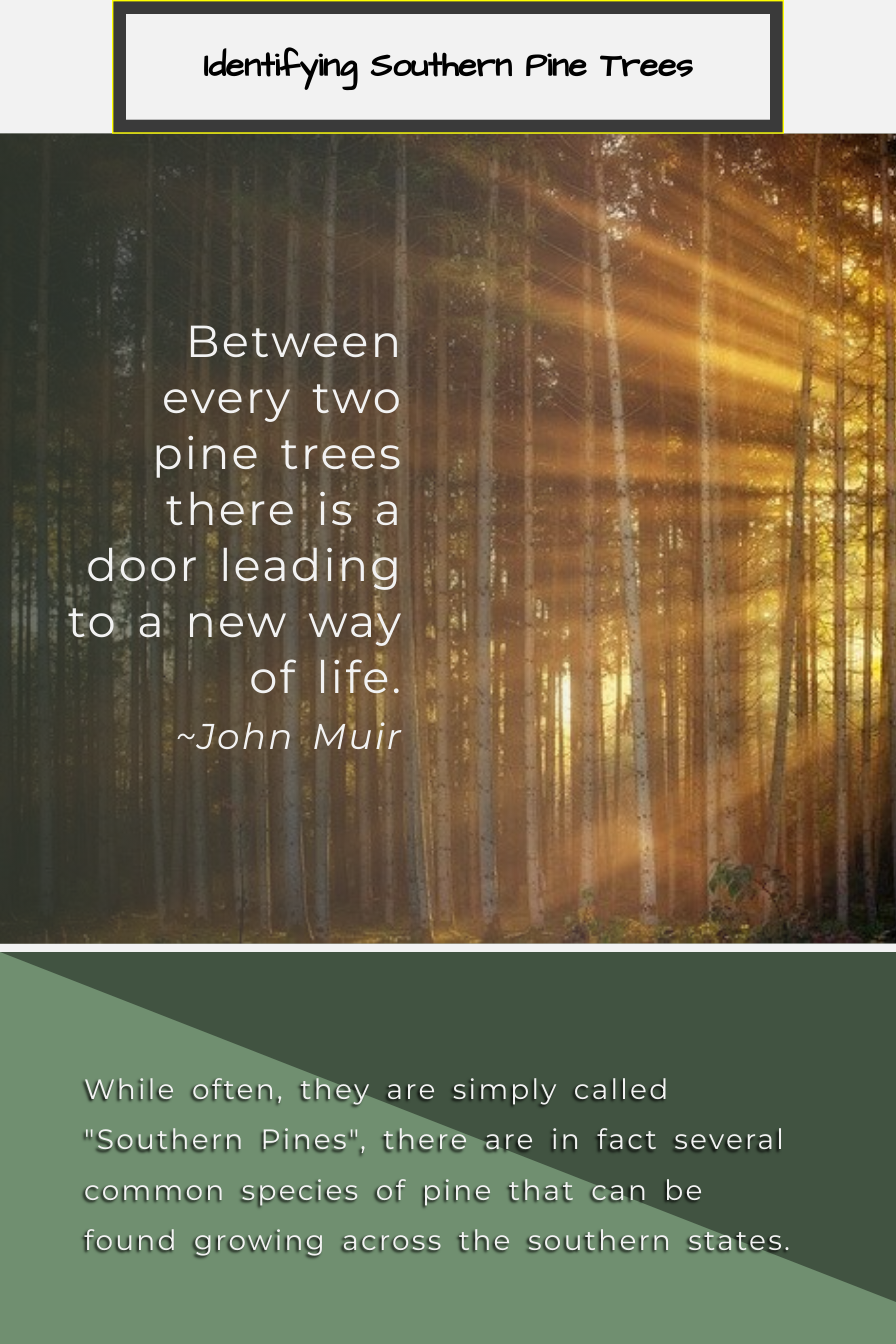
Repository: Sbethm/louisianaPineTrees
Page: pine_main.html
The author's editor kept a copy of each file at every save. The page is drawn from the files as they stood at one save, then again after the next save.
The browser window is 1280 px wide. The pictures show the part of the page from y = 0 to 1920 px (the page is 3023 px tall before and 2983 px after), at 70% of full size.
The style sheet was rebuilt from its Sass, Less or Tailwind sources for each picture, by a compiler version that may differ from the author's.

Above is the page before, as saved 2021-09-24 10:57:59.

### pine_main.html
<!DOCTYPE html>
<html lang="en">
<head>
    <meta charset="UTF-8">
    <meta http-equiv="X-UA-Compatible" content="IE=edge">
    <meta name="viewport" content="width=device-width, initial-scale=1.0">
    <link rel="preconnect" href="https://fonts.googleapis.com">
    <link rel="preconnect" href="https://fonts.gstatic.com" crossorigin>
    <link href="https://fonts.googleapis.com/css2?family=Architects+Daughter&family=Montserrat:ital,wght@0,400;0,500;0,700;1,400;1,500;1,700&display=swap" rel="stylesheet">
    <!--
        headerFont: 'Architects Daughter', cursive;
        mainFont: 'Montserrat', sans-serif;
    -->
    <link rel="stylesheet" href="./CSS/main.css">
    <title>Louisiana Pine Trees</title>
</head>
<body>
    <header>
        <!-- <a href="#" class="logo">
            SarahMoosa
        </a> -->
        <h1>Identifying Southern Pine Trees</h1>
    </header>
    <main>
        <div class="hero-container container">
            <div class="hero__background-grad">
                <p class="hero__quote">Between every two pine trees there is a door leading to a new way of life. <br><cite>John Muir</cite></p>
            </div>
        </div>
        <div class="container triangle-bg">
            <div class="triangle-left"></div>
            <div class="triangle-right"></div>
            <p class="call-to-action">While often, they are simply called "Southern Pines", there are in fact several common species of pine that can be found growing across the southern states.
            </p>
        </div>
        <div class="questions-container container">
        </div>
        <div class="results-btn btn">
                <button>Next</button>
        </div>
        <div class="results"></div>

    </main>
    <script src="apps.js"></script>
</body>

### apps.js
const questionsArr = [
    {
        quest: "How many needles are in the bundle?",
        an: {
            a: "1",
            b: "2"
        }
    },
    {
        quest: "Blahasf?",
        an: {
            a: "trw",
            b: "fdb"
        }
    },
    {
        quest: "How many needles are in the bundle?",
        an: {
            a: "1",
            b: "2"
        }
    },
    {
        quest: "How many needles are in the bundle?",
        an: {
            a: "1",
            b: "2"
        }
    },
    {
        quest: "How many needles are in the bundle?",
        an: {
            a: "1",
            b: "2"
        }
    }
];

const questCont = document.querySelector('.questions-container');
const quest = document.querySelector('.question');
const options = document.querySelector('.options');
const nextBtn = document.querySelector('button');

let num = 0;

window.addEventListener('load', () => {

    let questVis = questionsArr[num];
    questCont.innerHTML =
                `<section class="question-wrapper">
                    <div class="question">
                        <p class="question__text">${questVis.quest}</p>
                    </div>
                    <div class="options">
                        <div class="answer"><p>${questVis.an.a}</p></div>
                        <div class="answer"><p>${questVis.an.b}</p></div>
                    </div>
                </section>
                `;

})

nextBtn.addEventListener('click', () => {
    num++;

    let questVis = questionsArr[num];
    questCont.innerHTML =
                `<section class="question-wrapper">
                    <div class="question">
                        <p class="question__text">${questVis.quest}</p>
                    </div>
                    <div class="options">
                        <div class="answer"><p>${questVis.an.a}</p></div>
                        <div class="answer"><p>${questVis.an.b}</p></div>
                    </div>
                </section>
                `;

})

### src/scss/main.scss
@import "./variables", "./mixins", "./normalize";


// ============ GLOBAL STYLES ============
*, *::before, *::after {
    box-sizing: border-box;
}

body {
    margin: 0;
    background-color: $mainColorLi;
}

header {

}

h1{
    position: relative;
    margin: 0 auto;
    padding: 1em;
    width: 75%;
    font-family: $headerFont;
    font-size: 3rem;
    text-align: center;
    background-color: $mainColorLi;
    border: 20px solid #3a3a3a;

    &::after {
        content: "";
        position: absolute;
        width: calc(100% + 40px);
        height: calc(100% + 40px);
        border: 10px solid #3a3a3a;
        top: -20px;
        left: -20px;
    }

    &::after {
        content: "";
        position: absolute;
        width: calc(100% + 40px);
        height: calc(100% + 40px);
        border:2px solid yellow;
        top: -20px;
        left: -20px;
    }
}

p {
    margin: 0;
    padding: 4em 3em;
    font-family: $mainFont;
    font-size: 2.5rem;
    letter-spacing: 0.2rem;
    word-spacing: 0.5rem;
    line-height: 4.5rem;
    color: $mainColorLi;
}

.container {
    background-color: $mainColorDr;
}

// ============ HERO STYLES ============
.hero-container {
    background-image: url(../img/forest-pine.jpg);
    background-repeat: no-repeat;
    background-size: cover;
    border-bottom: 12px solid $mainColorLi;
}

.hero__background-grad {
    background: linear-gradient(90deg, rgba(57,64,53,0.7721463585434174) 0%, rgba(242,242,242,0.19791666666666663) 66%, rgba(242,242,242,0) 100%);
}

.hero__quote {
    padding: 4em 1em;
    width: 50%;
    text-align: right;
    font-size: 4rem;
    line-height: 5rem;
    letter-spacing: 0.2rem;
    word-spacing: 0.5rem;

    & cite {
        font-size: 0.8em;

        &::before {
            content: "~";
        }
    }
}


// ============ CALL-TO-ACTION STYLES ============
.call-to-action {
    border-bottom: 12px solid $mainColorLi;
}

.triangle-bg {
    display: grid;
    grid-template-columns: 100vw;
    grid-template-rows: 100%;
    align-content: center;

    & p {
        grid-row: 1 / 1;
        grid-column: 1 / 1;
        text-shadow: -3px 3px 4px #020202;
    }

    & .triangle-left{
        grid-row: 1 / 1;
        grid-column: 1 / 1;
        border-style: solid;
        border-width: 500px 0 0 100vw;
        border-color: transparent transparent transparent $acColorLi;
    }
}

.questions-container{
    padding: 3em;
    background-color: $mainColorDr;

}

.question-wrapper {
    background-color: $mainColorLi;
    box-shadow: -7px 9px 10px 0px #272626;

    & .question__text {
        padding-bottom: 0;
        font-weight: 700;
        text-align: center;
        color: $acColorLi;
    }
}

.options {
    display: flex;
    flex-direction: row;
    justify-content: center;
}

.answer {
    margin: 6em;
    padding: 0;
    width: fit-content;
    min-width: 150px;
    border-radius: 100px;
    box-shadow: -5px 5px 10px 0px #696767;
    @include transition(all .3s ease);

    & p {
        padding: 1em 2em;
        text-align: center;
        font-weight: 600;
        color: $acColorLi;
    }

    &:hover, :focus {
        background-color: #f8cb6b;
        box-shadow: -5px 5px 10px 0px #696767;
    }
}

.results-btn {
    display: flex;
    justify-content: center;
    background-color: $mainColorDr;
}

button {
    margin: 1em 0 2em 0;
    padding: 1em 3em;
    font-family: $mainFont;
    font-size: 3rem;
    letter-spacing: 0.2rem;
    font-weight: 700;
    color: $acColorLi;
    border-radius: 100px;
    box-shadow: -7px 9px 10px 0px #272626;
}




//This code was used to cause grid items to over lap. It worked very well, but I think it is unnecessary and bulkier code than I need for the result that I want.
// .intro-container {
//     display: grid;
//     grid-template-columns: 50% 50%;
//     grid-auto-rows: 100%;

//     & img {
//         grid-column: 1/3;
//         grid-row: 1;
//         display: inline;
//         max-width: 100%;
//         z-index: 1;
//     }

//     & .quote {
//         grid-column: 2/3;
//         grid-row: 1;
//         align-self: center;
//         z-index: 9;
//     }
// }

### src/scss/_variables.scss
//COLORS
$mainColorDr: hsl(120, 12%, 29%);
$mainColorLi: hsl(0, 0%, 95%);
$acColorLi: hsl(120, 12%, 50%);
$acColorDr: hsl(0, 0%, 5%);

//FONTS
$headerFont: 'Architects Daughter', cursive;
$mainFont: 'Montserrat', sans-serif;

### src/scss/_mixins.scss
// ====== Transitions ======

@mixin transition($args...) {
    transition: $args;
}


// ====== Transitions ======
// ====== Transitions ======
// ====== Transitions ======

Loaded but not shown: src/scss/_normalize.scss (common file)

After the next save:
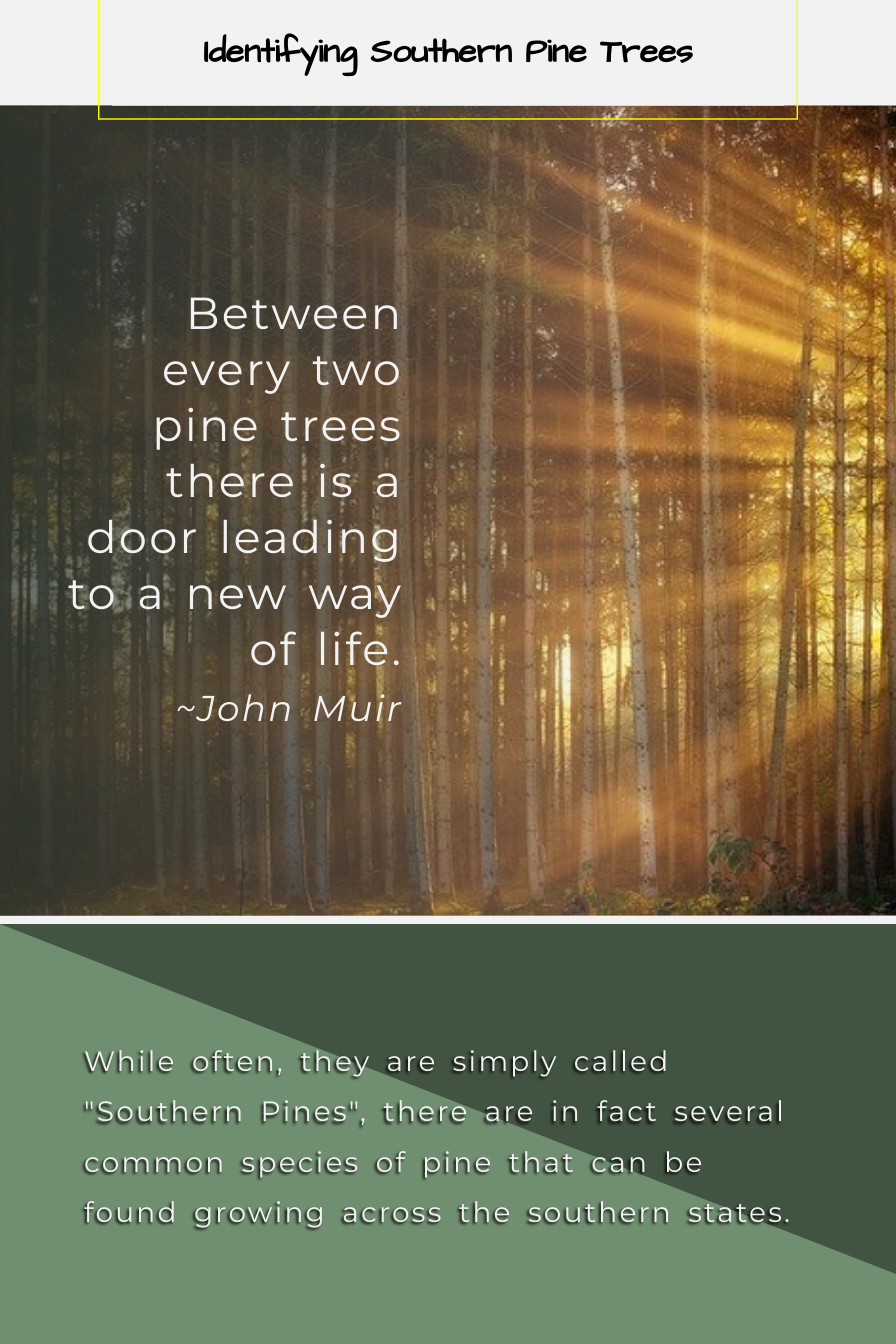
Saved 6 s later.
--- a/src/scss/main.scss
+++ b/src/scss/main.scss
@@ -24,7 +24,7 @@ h1{
     font-size: 3rem;
     text-align: center;
     background-color: $mainColorLi;
-    border: 20px solid #3a3a3a;
+    // border: 20px solid #3a3a3a;
 
     &::after {
         content: "";
